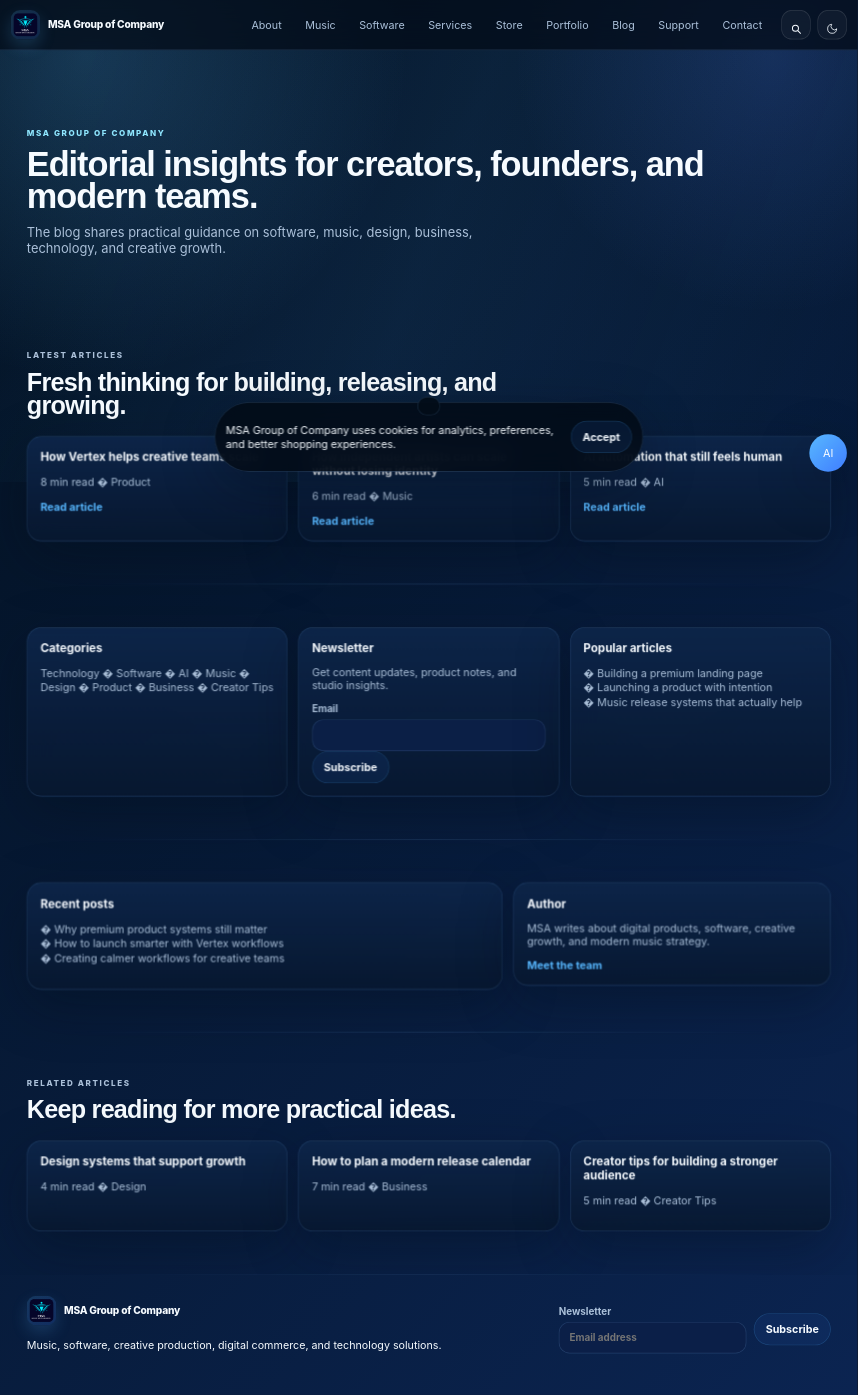
Repository: wifiasert/MSA-Group-of-Company
Page: blog/index.html
These files come from the project's save history. The page is drawn as it stood at one moment and after the next save; the edit follows.
The browser window is 1280 px wide. The pictures show the whole page, at 67% of full size.

Above is the page before, as saved 2026-07-18 04:15:28.

After the next save:
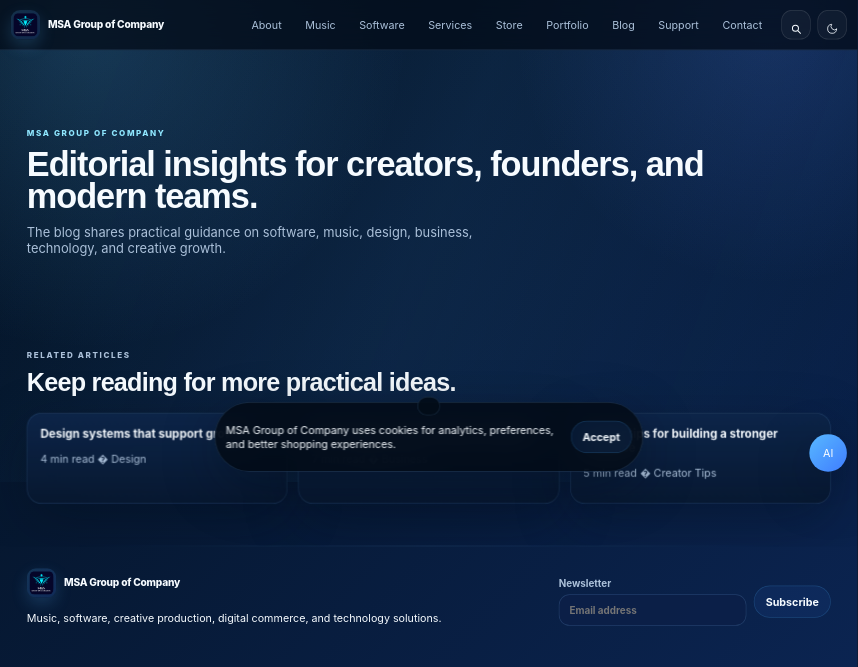
Saved 85 s later.
--- a/blog/index.html
+++ b/blog/index.html
@@ -305,11 +305,7 @@
   </header>
   <main id="main">
     <section class="page-hero reveal"><div class="hero-content"><p class="eyebrow">MSA Group of Company</p><h1>Editorial insights for creators, founders, and modern teams.</h1><p class="hero-copy">The blog shares practical guidance on software, music, design, business, technology, and creative growth.</p></div></section>
-
-      <section class="section reveal"><div class="section-heading"><p class="eyebrow">Latest articles</p><h2>Fresh thinking for building, releasing, and growing.</h2></div><div class="card-grid"><article class="glass-card"><h3>How Vertex helps creative teams scale</h3><p>8 min read � Product</p><a class="inline-link" href="../contact/">Read article</a></article><article class="glass-card"><h3>How independent artists can scale without losing identity</h3><p>6 min read � Music</p><a class="inline-link" href="../contact/">Read article</a></article><article class="glass-card"><h3>AI automation that still feels human</h3><p>5 min read � AI</p><a class="inline-link" href="../contact/">Read article</a></article></div></section>
-    <section class="section reveal"><div class="content-grid"><article class="glass-card"><h3>Categories</h3><p>Technology � Software � AI � Music � Design � Product � Business � Creator Tips</p></article><article class="glass-card"><h3>Newsletter</h3><p>Get content updates, product notes, and studio insights.</p><form data-form="newsletter"><label>Email<input required type="email" /></label><button class="secondary-button" type="submit">Subscribe</button></form></article><article class="glass-card"><h3>Popular articles</h3><p>� Building a premium landing page<br>� Launching a product with intention<br>� Music release systems that actually help</p></article></div></section>
-    <section class="section reveal"><div class="hero-grid"><div class="glass-card"><h3>Recent posts</h3><p>� Why premium product systems still matter<br>� How to launch smarter with Vertex workflows<br>� Creating calmer workflows for creative teams</p></div><div class="glass-card"><h3>Author</h3><p>MSA writes about digital products, software, creative growth, and modern music strategy.</p><a class="inline-link" href="../about/">Meet the team</a></div></div></section>
-    <section class="section reveal"><div class="section-heading"><p class="eyebrow">Related articles</p><h2>Keep reading for more practical ideas.</h2></div><div class="card-grid"><article class="glass-card"><h3>Design systems that support growth</h3><p>4 min read � Design</p></article><article class="glass-card"><h3>How to plan a modern release calendar</h3><p>7 min read � Business</p></article><article class="glass-card"><h3>Creator tips for building a stronger audience</h3><p>5 min read � Creator Tips</p></article></div></section>
+     <section class="section reveal"><div class="section-heading"><p class="eyebrow">Related articles</p><h2>Keep reading for more practical ideas.</h2></div><div class="card-grid"><article class="glass-card"><h3>Design systems that support growth</h3><p>4 min read � Design</p></article><article class="glass-card"><h3>How to plan a modern release calendar</h3><p>7 min read � Business</p></article><article class="glass-card"><h3>Creator tips for building a stronger audience</h3><p>5 min read � Creator Tips</p></article></div></section>
   </main>
   <footer class="site-footer"><div><a class="brand" href="../" aria-label="MSA Group of Company home"><img class="brand-logo" src="../images/logo%20n%20copy.jpg" alt="MSA Group of Company logo"><span class="brand-text">MSA Group of Company</span></a><p>Music, software, creative production, digital commerce, and technology solutions.</p></div><form class="newsletter" data-form="newsletter"><label>Newsletter<input required type="email" placeholder="Email address"></label><button class="secondary-button" type="submit">Subscribe</button></form></footer>
   <dialog class="modal" id="searchModal"><button class="icon-button close-modal" data-close type="button">×</button><h2>Search MSA Group of Company</h2><input id="siteSearch" placeholder="Search services, products, support, blog..."><div id="searchResults" class="search-results"></div></dialog>
